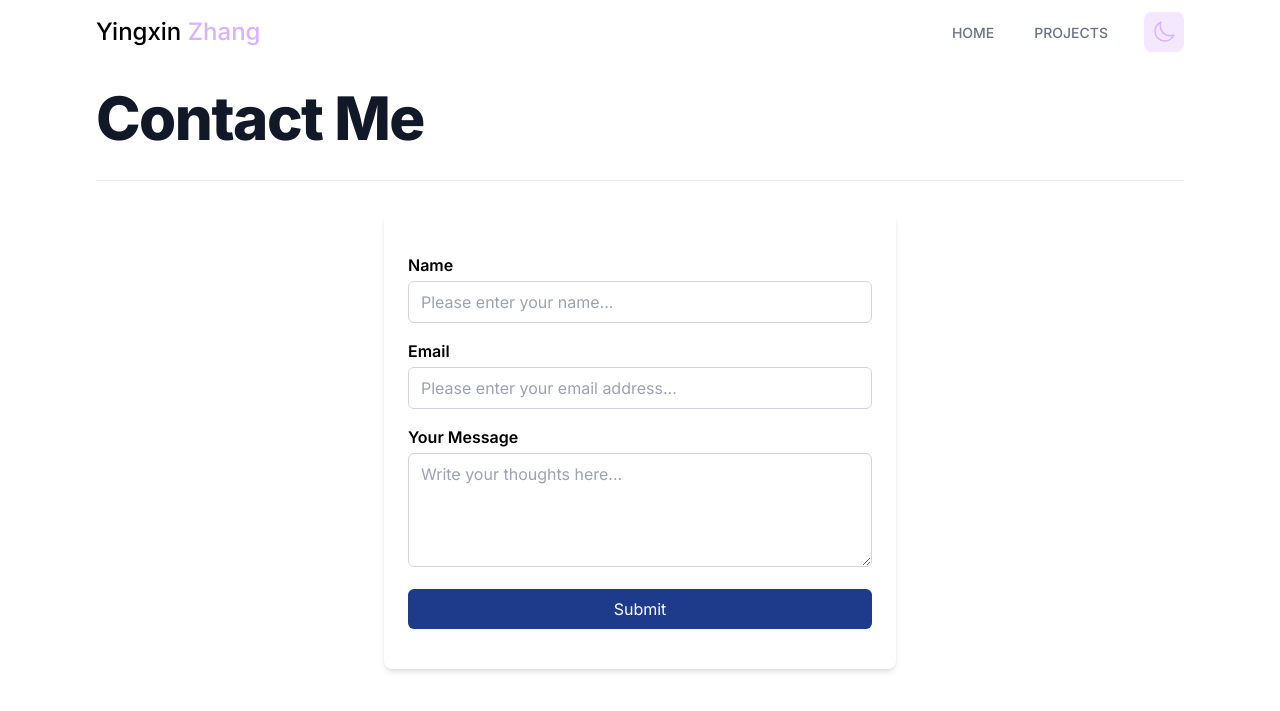
Repository: Tracy-maker/projects_collection
Page: /contact
These files come from the project's save history. The page is drawn as it stood at one moment and after the next save; the edit follows.
The browser window is 1280 px wide. The pictures show the whole page.
The project was rebuilt for these pictures with package versions that can differ from the ones it lists, and the page was loaded fresh each time. The framework's server and built-in components were replaced by stand-ins that run in the browser. Also part of the build but not shown: next.config.js, app/components/Alert.tsx.

Above is the page before, as saved 2024-07-17 07:08:35.

### app/layout.tsx
import "./globals.css";
import type { Metadata } from "next";
import { Inter } from "next/font/google";
import Navbar from "./components/NavBar";
import { Provider } from "./components/Provider";

const inter = Inter({ subsets: ["latin"] });

export const metadata: Metadata = {
  title: "Projects Collection",
  description: "project list",
};

export default function RootLayout({
  children,
}: {
  children: React.ReactNode;
}) {
  return (
    <html lang="en" suppressHydrationWarning>
      <body
        className={`${inter.className} bg-white text-black dark:bg-[#090908] dark:text-white h-full selection:bg-gray-500 dark:selection:bg-gray-800`}
      >
        <Provider>
          <Navbar />
          <main className="max-w-6xl mx-auto px-6 sm:px-8 lg:px-8">
            {children}
          </main>
        </Provider>
      </body>
    </html>
  );
}

### app/contact/page.tsx
"use client";

import { useRef, useState } from "react";
import emailjs from "emailjs-com";
import useAlert from "../hooks/useAlert";
import Alert from "../components/Alert";

const ContactMe = () => {
  const formRef = useRef(null);
  const [loading, setLoading] = useState(false);
  const [form, setForm] = useState({ name: "", email: "", message: "" });
  const { alert, showAlert, hideAlert } = useAlert();

  const handleChange = (e) => {
    setForm({ ...form, [e.target.name]: e.target.value });
  };

  const handleSubmit = (e) => {
    e.preventDefault();
    setLoading(true);
    emailjs
      .send(
        process.env.NEXT_PUBLIC_EMAILJS_SERVICE_ID,
        process.env.NEXT_PUBLIC_EMAILJS_TEMPLATE_ID,
        {
          from_name: form.name,
          to_name: "Kevin",
          from_email: form.email,
          to_email: "sunyeang.chew@outlook.com",
          message: form.message,
        },
        process.env.NEXT_PUBLIC_EMAILJS_USER_ID
      )
      .then(
        (response) => {
          setLoading(false);
          showAlert({
            show: true,
            text: "Thank you for your message 😃",
            type: "success",
          });

          setTimeout(() => {
            hideAlert();
            setForm({ name: "", email: "", message: "" });
          }, 3000);
        },
        (error) => {
          setLoading(false);
          console.error("EmailJS Error:", error);
          showAlert({
            show: true,
            text: "I didn't receive your message 😢",
            type: "danger",
          });
        }
      );
  };

  return (
    <div className="divide-y divide-gray-200 dark:divide-gray-700">
      <div className="space-y-2 pt-6 pb-8 md:space-y-5">
        <h1 className="text-3xl font-extrabold leading-9 tracking-tight text-gray-900 dark:text-gray-100 sm:text-4xl sm:leading-10 md:text-6xl md:leading-14">
          Contact Me
        </h1>
      </div>

      <div className="container mx-auto p-8">
        {alert.show && <Alert {...alert} />}

        <div className="max-w-md mx-auto bg-white shadow-md rounded-lg overflow-hidden md:max-w-lg">
          <div className="md:flex">
            <div className="w-full p-4 px-6 py-10">
              <form ref={formRef} onSubmit={handleSubmit} className="space-y-4">
                <div>
                  <label className="block mb-1 font-semibold">Name</label>
                  <input
                    type="text"
                    name="name"
                    value={form.name}
                    className="w-full py-2 px-3 border border-gray-300 rounded-md focus:outline-none focus:border-blue-500"
                    onChange={handleChange}
                    placeholder="Please enter your name..."
                    required
                  />
                </div>
                <div>
                  <label className="block mb-1 font-semibold">Email</label>
                  <input
                    type="email"
                    value={form.email}
                    name="email"
                    className="w-full py-2 px-3 border border-gray-300 rounded-md focus:outline-none focus:border-blue-500"
                    onChange={handleChange}
                    placeholder="Please enter your email address..."
                    required
                  />
                </div>
                <div>
                  <label className="block mb-1 font-semibold">Your Message</label>
                  <textarea
                    name="message"
                    rows={4}
                    required
                    className="w-full py-2 px-3 border border-gray-300 rounded-md focus:outline-none focus:border-blue-500"
                    value={form.message}
                    onChange={handleChange}
                    placeholder="Write your thoughts here..."
                  />
                </div>
                <div>
                  <button
                    type="submit"
                    className="w-full py-2 px-4 bg-blue-900 text-white rounded-md hover:bg-blue-800 transition duration-300"
                    disabled={loading}
                  >
                    {loading ? "Sending..." : "Submit"}
                  </button>
                </div>
              </form>
            </div>
          </div>
        </div>
      </div>
    </div>
  );
};

export default ContactMe;

### app/components/Provider.tsx
"use client";

import { ThemeProvider } from "next-themes";
import { ReactNode } from "react";

export function Provider({ children }: { children: ReactNode }) {
  return <ThemeProvider>{children}</ThemeProvider>;
}

### app/hooks/useAlert.tsx
import { useState } from 'react';

interface AlertState {
  show: boolean;
  text: string;
  type: string;
}

const useAlert = () => {
  const [alert, setAlert] = useState<AlertState>({ show: false, text: '', type: 'danger' });

  const showAlert = ({ text, type = 'danger' }: { text: string; type?: string }) => setAlert({ show: true, text, type });
  const hideAlert = () => setAlert({ show: false, text: '', type: 'danger' });

  return { alert, showAlert, hideAlert };
};

export default useAlert;

### app/components/ThemeButton.tsx
"use client";

import { useTheme } from "next-themes";
import { useEffect, useState } from "react";

export default function ThemeButton() {
  const { setTheme, resolvedTheme } = useTheme();
  const [mounted, setMounted] = useState(false);

  useEffect(() => {
    setMounted(true);
  }, []);

  if (!mounted) {
    return null;
  }

  return (
    <button
      onClick={() => setTheme(resolvedTheme === "dark" ? "light" : "dark")}
      className="bg-purple-300/30 p-2 rounded-lg text-purple-300"
    >
      {resolvedTheme === "dark" ? (
        <svg
          xmlns="http://www.w3.org/2000/svg"
          fill="none"
          viewBox="0 0 24 24"
          strokeWidth={1.5}
          stroke="currentColor"
          className="w-6 h-6"
        >
          <path
            strokeLinecap="round"
            strokeLinejoin="round"
            d="M12 3v2.25m6.364.386l-1.591 1.591M21 12h-2.25m-.386 6.364l-1.591-1.591M12 18.75V21m-4.773-4.227l-1.591 1.591M5.25 12H3m4.227-4.773L5.636 5.636M15.75 12a3.75 3.75 0 11-7.5 0 3.75 3.75 0 017.5 0z"
          />
        </svg>
      ) : (
        <svg
          xmlns="http://www.w3.org/2000/svg"
          fill="none"
          viewBox="0 0 24 24"
          strokeWidth={1.5}
          stroke="currentColor"
          className="w-6 h-6"
        >
          <path
            strokeLinecap="round"
            strokeLinejoin="round"
            d="M21.752 15.002A9.718 9.718 0 0118 15.75c-5.385 0-9.75-4.365-9.75-9.75 0-1.33.266-2.597.748-3.752A9.753 9.753 0 003 11.25C3 16.635 7.365 21 12.75 21a9.753 9.753 0 009.002-5.998z"
          />
        </svg>
      )}
    </button>
  );
}

### tailwind.config.ts
import type { Config } from "tailwindcss";

const config: Config = {
  content: [
    "./pages/**/*.{js,ts,jsx,tsx,mdx}",
    "./components/**/*.{js,ts,jsx,tsx,mdx}",
    "./app/**/*.{js,ts,jsx,tsx,mdx}",
  ],
  darkMode: "class",
  theme: {
    extend: {
      backgroundImage: {
        "gradient-radial": "radial-gradient(var(--tw-gradient-stops))",
        "gradient-conic":
          "conic-gradient(from 180deg at 50% 50%, var(--tw-gradient-stops))",
      },
    },
  },
  plugins: [],
};
export default config;

Loaded but not shown: app/globals.css (common file); app/components/NavBar.tsx (123 lines, source omitted)

After the next save:
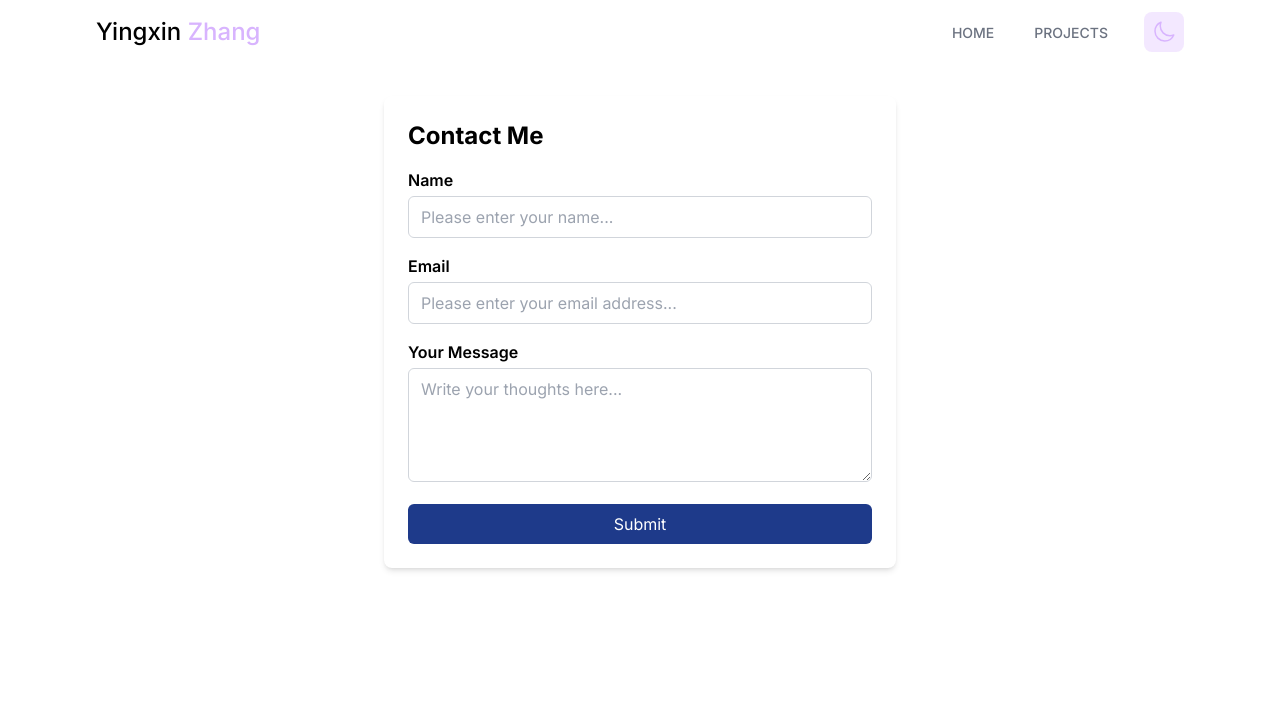
Saved 74 s later.
--- a/app/contact/page.tsx
+++ b/app/contact/page.tsx
@@ -1,5 +1,3 @@
-"use client";
-
 import { useRef, useState } from "react";
 import emailjs from "emailjs-com";
 import useAlert from "../hooks/useAlert";
@@ -58,68 +56,59 @@
   };
 
   return (
-    <div className="divide-y divide-gray-200 dark:divide-gray-700">
-      <div className="space-y-2 pt-6 pb-8 md:space-y-5">
-        <h1 className="text-3xl font-extrabold leading-9 tracking-tight text-gray-900 dark:text-gray-100 sm:text-4xl sm:leading-10 md:text-6xl md:leading-14">
-          Contact Me
-        </h1>
-      </div>
+    <div className="container mx-auto px-4 py-8">
+      {alert.show && <Alert {...alert} />}
 
-      <div className="container mx-auto p-8">
-        {alert.show && <Alert {...alert} />}
-
-        <div className="max-w-md mx-auto bg-white shadow-md rounded-lg overflow-hidden md:max-w-lg">
-          <div className="md:flex">
-            <div className="w-full p-4 px-6 py-10">
-              <form ref={formRef} onSubmit={handleSubmit} className="space-y-4">
-                <div>
-                  <label className="block mb-1 font-semibold">Name</label>
-                  <input
-                    type="text"
-                    name="name"
-                    value={form.name}
-                    className="w-full py-2 px-3 border border-gray-300 rounded-md focus:outline-none focus:border-blue-500"
-                    onChange={handleChange}
-                    placeholder="Please enter your name..."
-                    required
-                  />
-                </div>
-                <div>
-                  <label className="block mb-1 font-semibold">Email</label>
-                  <input
-                    type="email"
-                    value={form.email}
-                    name="email"
-                    className="w-full py-2 px-3 border border-gray-300 rounded-md focus:outline-none focus:border-blue-500"
-                    onChange={handleChange}
-                    placeholder="Please enter your email address..."
-                    required
-                  />
-                </div>
-                <div>
-                  <label className="block mb-1 font-semibold">Your Message</label>
-                  <textarea
-                    name="message"
-                    rows={4}
-                    required
-                    className="w-full py-2 px-3 border border-gray-300 rounded-md focus:outline-none focus:border-blue-500"
-                    value={form.message}
-                    onChange={handleChange}
-                    placeholder="Write your thoughts here..."
-                  />
-                </div>
-                <div>
-                  <button
-                    type="submit"
-                    className="w-full py-2 px-4 bg-blue-900 text-white rounded-md hover:bg-blue-800 transition duration-300"
-                    disabled={loading}
-                  >
-                    {loading ? "Sending..." : "Submit"}
-                  </button>
-                </div>
-              </form>
+      <div className="max-w-lg mx-auto bg-white shadow-md rounded-lg overflow-hidden">
+        <div className="p-6">
+          <h1 className="text-2xl font-bold mb-4">Contact Me</h1>
+          <form ref={formRef} onSubmit={handleSubmit} className="space-y-4">
+            <div>
+              <label className="block mb-1 font-semibold">Name</label>
+              <input
+                type="text"
+                name="name"
+                value={form.name}
+                className="w-full px-3 py-2 border border-gray-300 rounded-md focus:outline-none focus:border-blue-500 transition duration-300"
+                onChange={handleChange}
+                placeholder="Please enter your name..."
+                required
+              />
             </div>
-          </div>
+            <div>
+              <label className="block mb-1 font-semibold">Email</label>
+              <input
+                type="email"
+                value={form.email}
+                name="email"
+                className="w-full px-3 py-2 border border-gray-300 rounded-md focus:outline-none focus:border-blue-500 transition duration-300"
+                onChange={handleChange}
+                placeholder="Please enter your email address..."
+                required
+              />
+            </div>
+            <div>
+              <label className="block mb-1 font-semibold">Your Message</label>
+              <textarea
+                name="message"
+                rows={4}
+                required
+                className="w-full px-3 py-2 border border-gray-300 rounded-md focus:outline-none focus:border-blue-500 transition duration-300"
+                value={form.message}
+                onChange={handleChange}
+                placeholder="Write your thoughts here..."
+              />
+            </div>
+            <div>
+              <button
+                type="submit"
+                className={`w-full py-2 px-4 bg-blue-900 text-white rounded-md hover:bg-blue-800 transition duration-300 ${loading ? 'opacity-50 cursor-not-allowed' : ''}`}
+                disabled={loading}
+              >
+                {loading ? "Sending..." : "Submit"}
+              </button>
+            </div>
+          </form>
         </div>
       </div>
     </div>

After the 2 saves that followed:
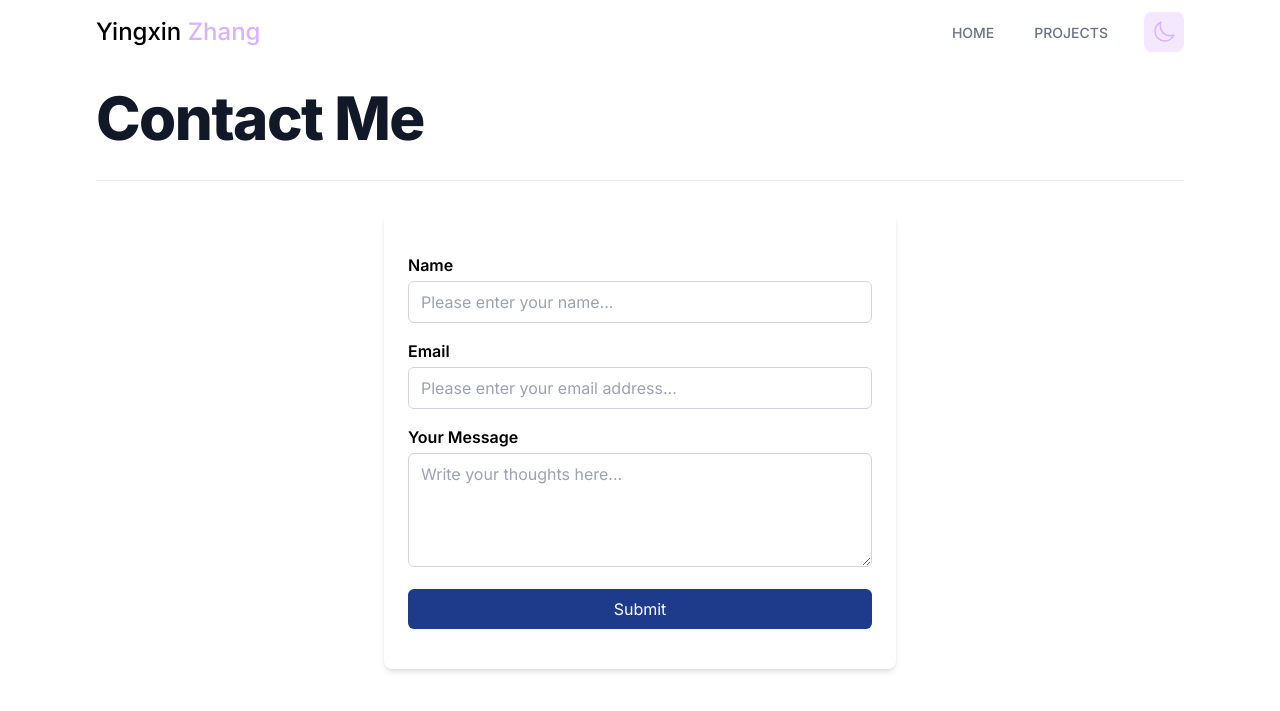
The 2 saves are shown as one change because 1 left the picture as it was.
The last was saved 23 s later.
--- a/app/contact/page.tsx
+++ b/app/contact/page.tsx
@@ -1,3 +1,5 @@
+"use client";
+
 import { useRef, useState } from "react";
 import emailjs from "emailjs-com";
 import useAlert from "../hooks/useAlert";
@@ -56,59 +58,68 @@
   };
 
   return (
-    <div className="container mx-auto px-4 py-8">
-      {alert.show && <Alert {...alert} />}
+    <div className="divide-y divide-gray-200 dark:divide-gray-700">
+      <div className="space-y-2 pt-6 pb-8 md:space-y-5">
+        <h1 className="text-3xl font-extrabold leading-9 tracking-tight text-gray-900 dark:text-gray-100 sm:text-4xl sm:leading-10 md:text-6xl md:leading-14">
+          Contact Me
+        </h1>
+      </div>
 
-      <div className="max-w-lg mx-auto bg-white shadow-md rounded-lg overflow-hidden">
-        <div className="p-6">
-          <h1 className="text-2xl font-bold mb-4">Contact Me</h1>
-          <form ref={formRef} onSubmit={handleSubmit} className="space-y-4">
-            <div>
-              <label className="block mb-1 font-semibold">Name</label>
-              <input
-                type="text"
-                name="name"
-                value={form.name}
-                className="w-full px-3 py-2 border border-gray-300 rounded-md focus:outline-none focus:border-blue-500 transition duration-300"
-                onChange={handleChange}
-                placeholder="Please enter your name..."
-                required
-              />
+      <div className="container mx-auto p-8">
+        {alert.show && <Alert {...alert} />}
+
+        <div className="max-w-md mx-auto bg-white shadow-md rounded-lg overflow-hidden md:max-w-lg">
+          <div className="md:flex">
+            <div className="w-full p-4 px-6 py-10">
+              <form ref={formRef} onSubmit={handleSubmit} className="space-y-4">
+                <div>
+                  <label className="block mb-1 font-semibold">Name</label>
+                  <input
+                    type="text"
+                    name="name"
+                    value={form.name}
+                    className="w-full py-2 px-3 border border-gray-300 rounded-md focus:outline-none focus:border-blue-500"
+                    onChange={handleChange}
+                    placeholder="Please enter your name..."
+                    required
+                  />
+                </div>
+                <div>
+                  <label className="block mb-1 font-semibold">Email</label>
+                  <input
+                    type="email"
+                    value={form.email}
+                    name="email"
+                    className="w-full py-2 px-3 border border-gray-300 rounded-md focus:outline-none focus:border-blue-500"
+                    onChange={handleChange}
+                    placeholder="Please enter your email address..."
+                    required
+                  />
+                </div>
+                <div>
+                  <label className="block mb-1 font-semibold">Your Message</label>
+                  <textarea
+                    name="message"
+                    rows={4}
+                    required
+                    className="w-full py-2 px-3 border border-gray-300 rounded-md focus:outline-none focus:border-blue-500"
+                    value={form.message}
+                    onChange={handleChange}
+                    placeholder="Write your thoughts here..."
+                  />
+                </div>
+                <div>
+                  <button
+                    type="submit"
+                    className="w-full py-2 px-4 bg-blue-900 text-white rounded-md hover:bg-blue-800 transition duration-300"
+                    disabled={loading}
+                  >
+                    {loading ? "Sending..." : "Submit"}
+                  </button>
+                </div>
+              </form>
             </div>
-            <div>
-              <label className="block mb-1 font-semibold">Email</label>
-              <input
-                type="email"
-                value={form.email}
-                name="email"
-                className="w-full px-3 py-2 border border-gray-300 rounded-md focus:outline-none focus:border-blue-500 transition duration-300"
-                onChange={handleChange}
-                placeholder="Please enter your email address..."
-                required
-              />
-            </div>
-            <div>
-              <label className="block mb-1 font-semibold">Your Message</label>
-              <textarea
-                name="message"
-                rows={4}
-                required
-                className="w-full px-3 py-2 border border-gray-300 rounded-md focus:outline-none focus:border-blue-500 transition duration-300"
-                value={form.message}
-                onChange={handleChange}
-                placeholder="Write your thoughts here..."
-              />
-            </div>
-            <div>
-              <button
-                type="submit"
-                className={`w-full py-2 px-4 bg-blue-900 text-white rounded-md hover:bg-blue-800 transition duration-300 ${loading ? 'opacity-50 cursor-not-allowed' : ''}`}
-                disabled={loading}
-              >
-                {loading ? "Sending..." : "Submit"}
-              </button>
-            </div>
-          </form>
+          </div>
         </div>
       </div>
     </div>
